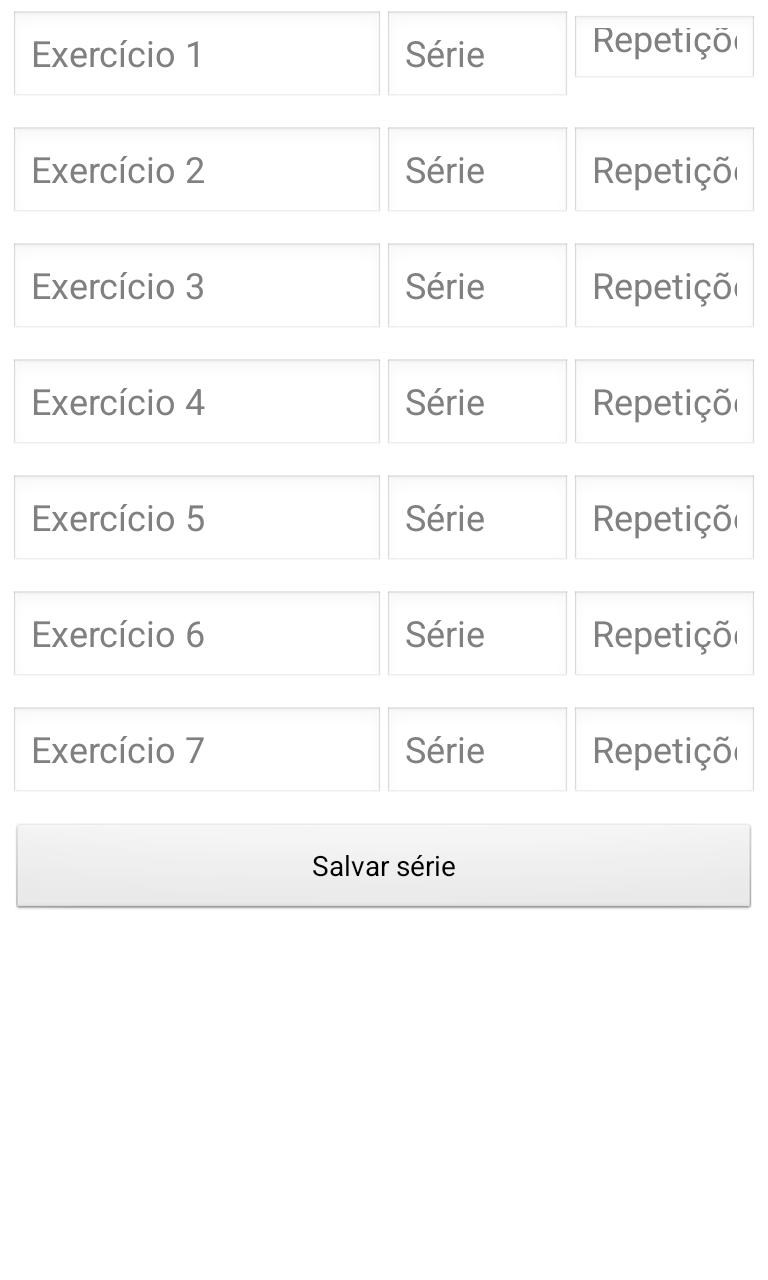
Repository: BrunoDeNadaiSarnaglia/Exame
Layout: Exame/res/layout/activity_nova_serie.xml
An editor plug-in stored every save of this project. The layout is shown before and after the next save, followed by the edit.
It is drawn on a 768 x 1280 px phone screen (xhdpi) without system bars, with theme AppTheme; the app's code is not run.

Above is the layout before, as saved 2013-07-09 20:29:01.

After the next save:
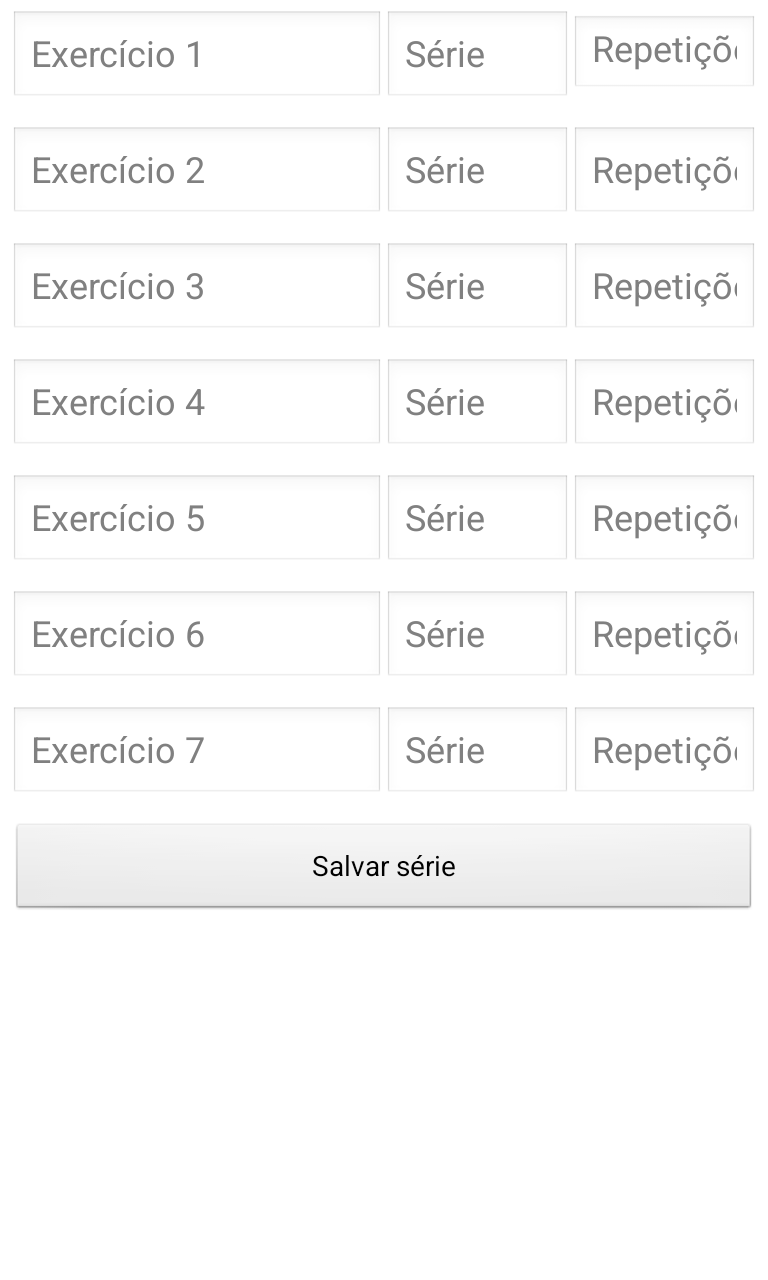
Saved 88 s later.
--- a/Exame/res/layout/activity_nova_serie.xml
+++ b/Exame/res/layout/activity_nova_serie.xml
@@ -27,7 +27,7 @@
         <EditText android:id="@+id/repeticoes1"
         android:layout_weight="1"
         android:layout_width="0dp"
-        android:layout_height="35dp"
+        android:layout_height="40dp"
         android:hint="Repetições"
         android:inputType="number" />
     </TableRow>
